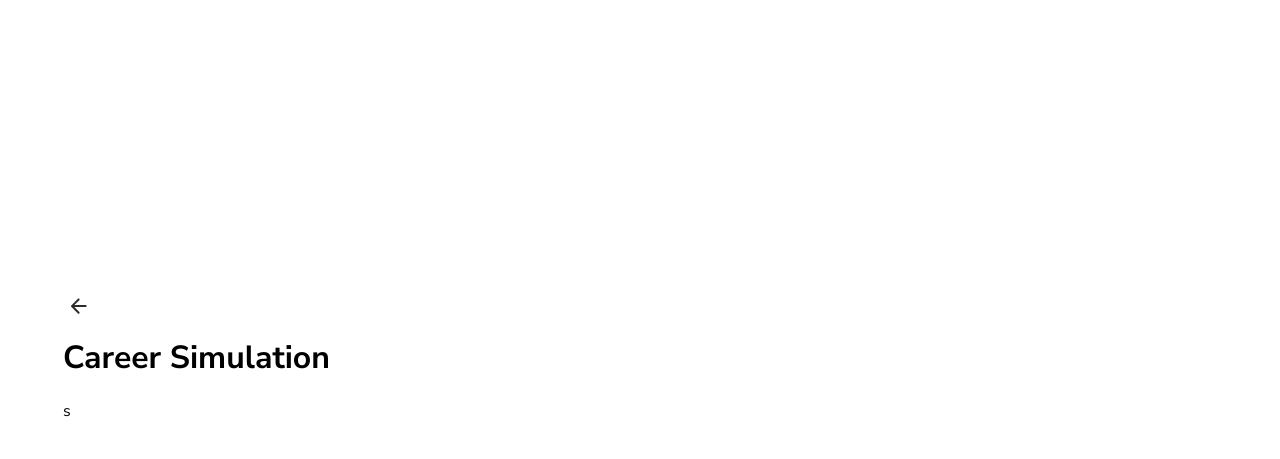
Repository: daniel-liu01/week10books
Page: /
These files come from the project's save history. The page is drawn as it stood at one moment and after the next save; the edit follows.
The browser window is 1280 px wide. The pictures show the whole page.
The project was rebuilt for these pictures with package versions that can differ from the ones it lists, and the page was loaded fresh each time. Also part of the build but not shown: vite.config.js, vite.config.ts, src/App.css.

Above is the page before, as saved 2025-10-17 17:06:15.

After the next save:
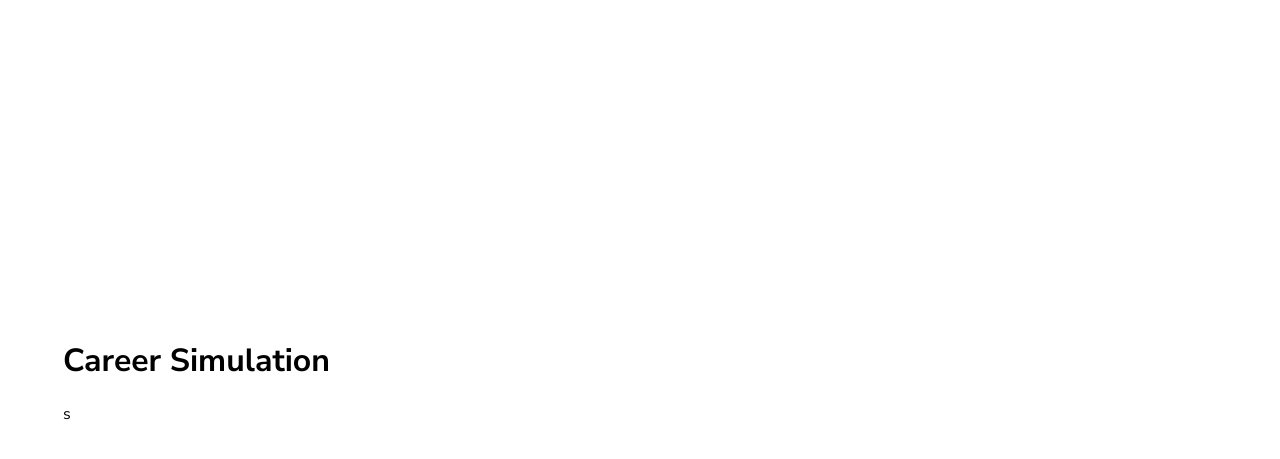
Saved 57 s later.
--- a/components/ArrowBack/ArrowBack.module.css
+++ b/components/ArrowBack/ArrowBack.module.css
@@ -1,20 +1,21 @@
 .arrow_container {
-    display: flex;
-    width: 30px;
-    padding: 0 var(--space-regular);
-    flex-direction: column;
+    display: inline-flex; /* garante item compacto na linha */
+    /* flex-direction: column;  <-- remova */
+    align-items: center;
     justify-content: center;
-    align-items: center;
-    gap: var(--space-small);
+    flex: 0 0 auto; /* não cresce, não encolhe */
+    width: 24px; /* menor e suficiente p/ o ícone */
+    padding: 0; /* evite padding lateral grande aqui */
     cursor: pointer;
 }
 
 .arrow_icon {
-    fill: var(--black-500);
     width: 16px;
     height: 16px;
+    /* Dica para cores: use currentColor */
+    color: var(--black-500);
 }
 
-.arrow_icon:hover {
-    fill: var(--primary-500);
+.arrow_container:hover .arrow_icon {
+    color: var(--primary-500);
 }
